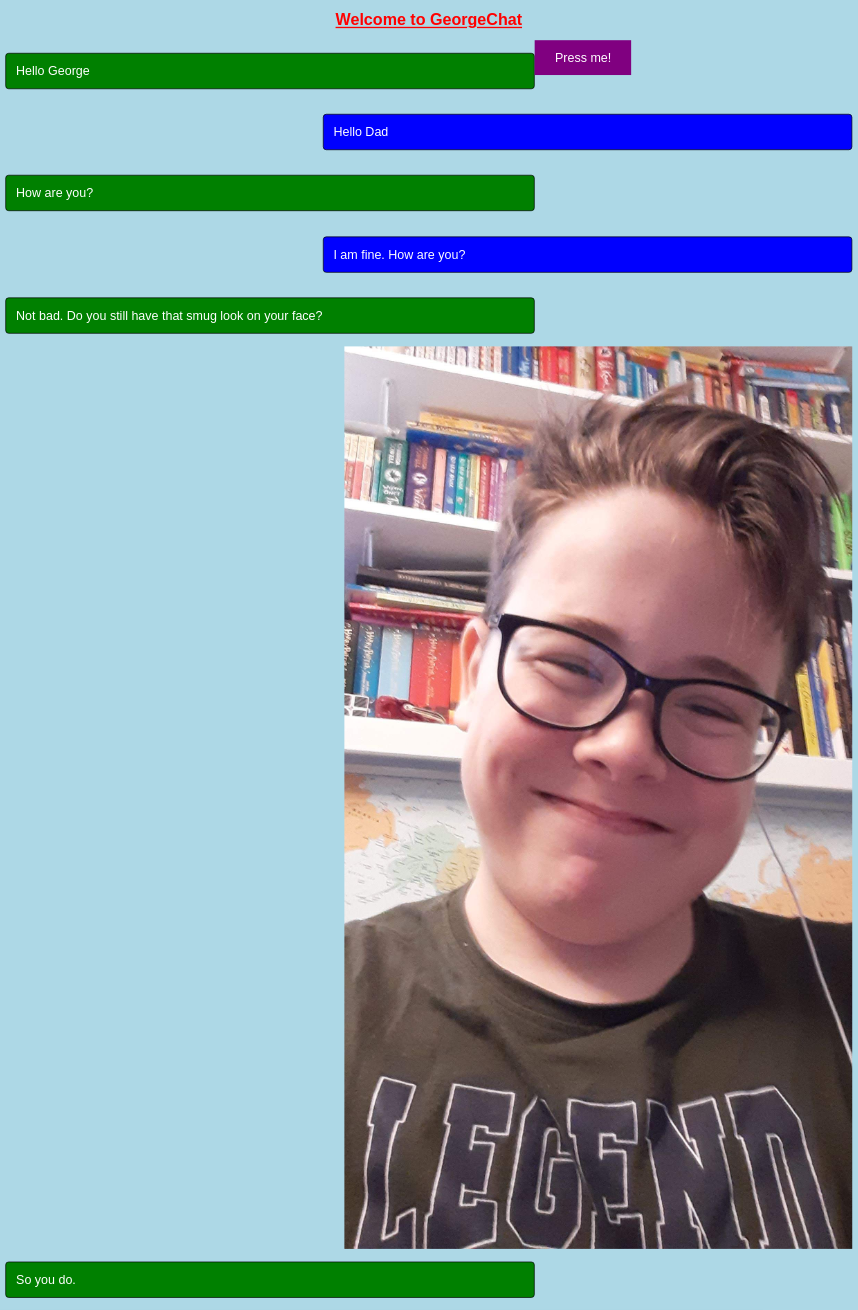
Repository: georgefyles/playground
Page: playground/src/resources/html/test.html
The author's editor kept a record of every edit. The page is drawn from the files as they stood at one moment, then again after the next edit.
The browser window is 1280 px wide. The pictures show the whole page, at 67% of full size.

Above is the page before.

After the next edit:
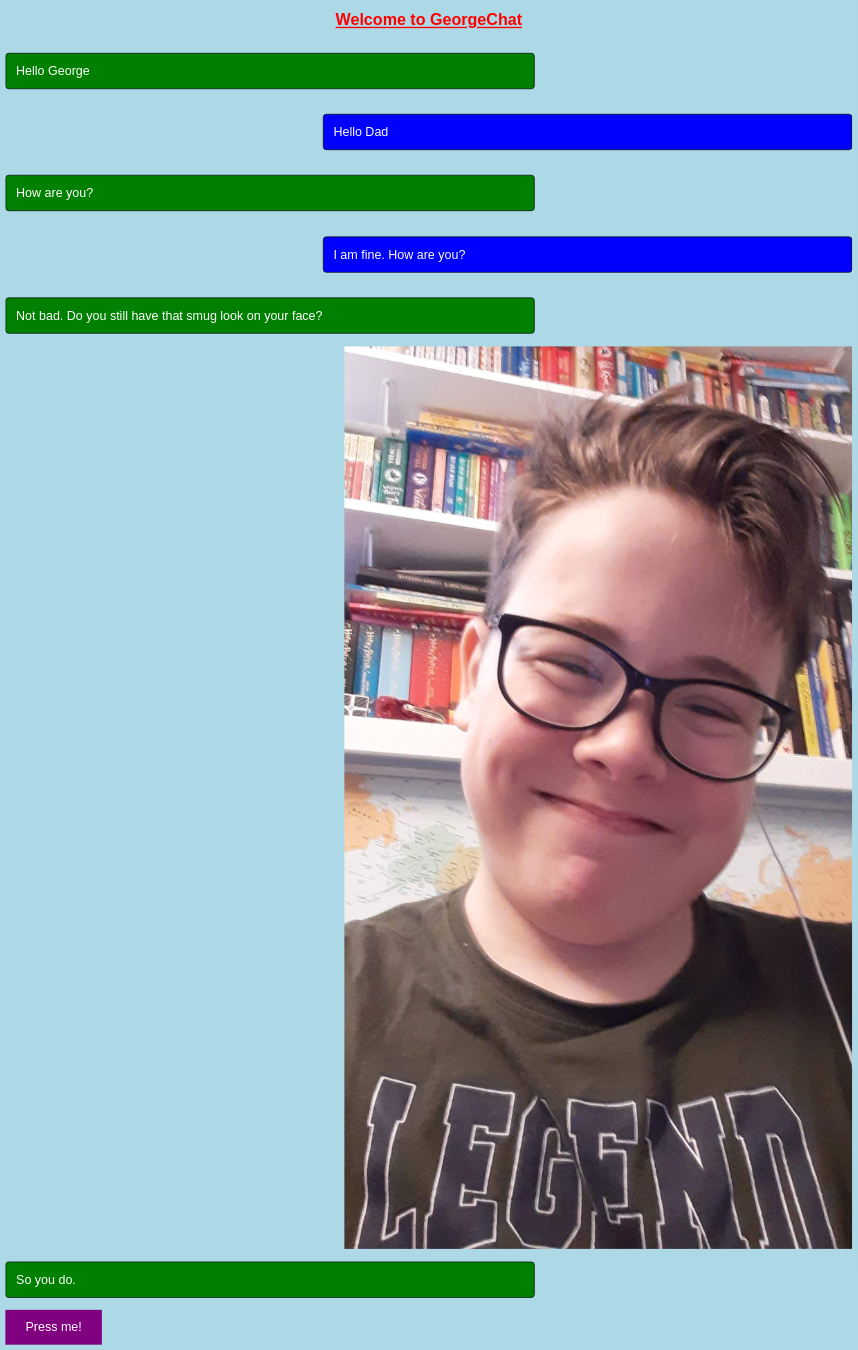
The edit:
--- a/playground/src/resources/html/test.css
+++ b/playground/src/resources/html/test.css
@@ -16,6 +16,10 @@
     color: white;
     padding: 15px 30px;
     font-size: 14pt;
+}
+
+#chat-messages {
+    overflow: auto;
 }
 
 p {
